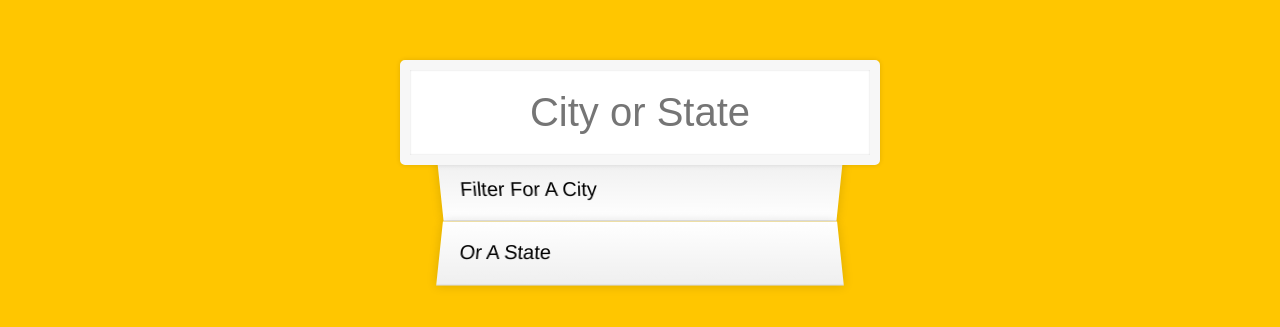
Repository: Saieebawake/Type-Ahead-City-or-State-Search
Page: index.html
The author's editor kept a copy of each file at every save. The page is drawn from the files as they stood at one save, then again after a run of saves.
The browser window is 1280 px wide. The pictures show the whole page.
The page's requests for data from a server got no answer.

Above is the page before, as saved 2026-09-27 20:46:37.

### index.html
<!DOCTYPE html>
<html lang="en">
<head>
    <meta charset="UTF-8">
    <meta name="viewport" content="width=device-width, initial-scale=1.0">
    <title>Type Ahead</title>
    <link rel="stylesheet" href="style.css">
</head>
<body>
    <form class="search-form">
        <input type="text" class="search" placeholder="City or State">
        <ul class="suggestions">
            <li>Filter for a city</li>
            <li>or a state</li>
        </ul>
    </form>
    <script src="script.js"></script>
</body>
</html>

### style.css
html {
    box-sizing: border-box;
    background: #ffc600;
    font-family: 'helvetica neue';
    font-size: 20px;
    font-weight: 200;
}

*, *:before, *:after {
    box-sizing: inherit;
}

input {
    width: 100%;
    padding: 20px;
}

.search-form {
    max-width: 400px;
    margin: 50px auto;
}

input.search {
    margin: 0;
    text-align: center;
    outline: 0;
    border: 10px solid #f7f7f7;
    width: 120%;
    left: -10%;
    position: relative;
    top: 10px;
    z-index: 2;
    border-radius: 5px;
    font-size: 40px;
    box-shadow: 0 0 5px rgba(0, 0, 0, 0.12), inset 0 0 2px rgba(0, 0, 0, 0.19);
}

.suggestions {
    margin: 0;
    padding: 0;
    position: relative;
}

.suggestions li {
    background: white;
    list-style: none;
    border-bottom: 1px solid #d8d8d8;
    box-shadow: 0 0 10px rgba(0, 0, 0, 0.14);
    margin: 0;
    padding: 20px;
    transition: background 0.2s;
    display: flex;
    justify-content: space-between;
    text-transform: capitalize;
}

.suggestions li:nth-child(even) {
    transform: perspective(100px) rotateX(3deg) translateY(2px) scale(1.001);
    background: linear-gradient(to bottom, #ffffff 0%, #efefef 100%);
}

.suggestions li:nth-child(odd) {
    transform: perspective(100px) rotateX(-3deg) translateY(3px);
    background: linear-gradient(to top, #ffffff 0%, #efefef 100%);
}

span.population {
    font-size: 15px;
}

.hl {
    background: #ffc600;
}

### script.js
const endpoint = 'https://gist.githubusercontent.com/Miserlou/c5cd8364bf9b2420bb29/raw/2bf258763cdddd704f8ffd3ea9a3e81d25e2c6f6/cities.json'

const cities = [];

fetch(endpoint)
.then(blob => blob.json())
.then(data => cities.push(...data))

function findMatches(wordToMatch, cities) {
    return cities.filter(place => {
        const regex = new RegExp(wordToMatch, 'gi');
        return place.city.match(regex) || place.state.match(regex)
    });
}

function numberWithCommas(x) {
    return x.toString().replace(/|B(?=(\d{3})+(?!\d))/g, ',');
}

function displayMatches() {
    const matchArray = findMatches(this.value, cities);
    const html = matchArray.map(place => {
        const regex = new RegExp(this.value, 'gi');
        const cityName = place.city.replace(regex,`<span class="hl">${this.value}</span>`);
        const stateName = place.state.replace(regex,`<span class="hl">${this.value}</span>`);
        return `
        <li>
        <span class="name">${cityName}, ${stateName}</span>
        <span class="population">${numberWithCommas(place.population)}</span>
        </li>`;
    }).join('');
    suggestions.innerHTML = html;
}

const searchInput = document.querySelector('.search');
const suggestions = document.querySelector('.suggestions');

searchInput.addEventListener('change', displayMatches);
searchInput.addEventListener('keyup', displayMatches);

After the next 2 saves:
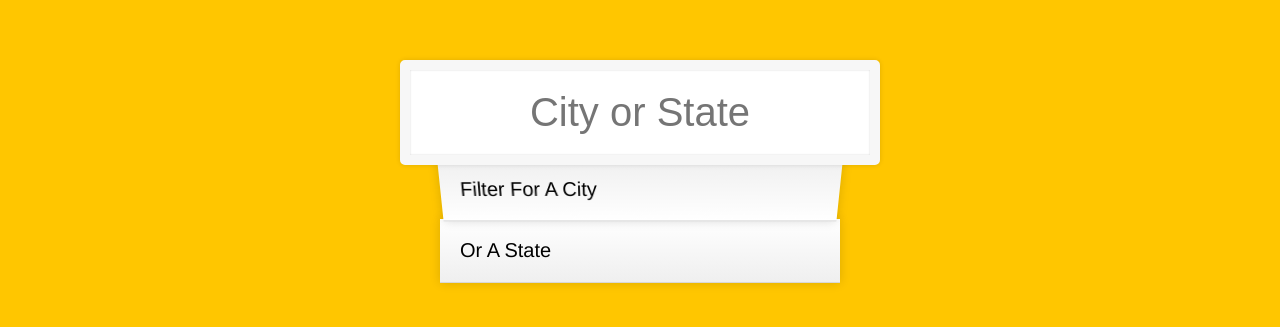
The 2 saves are shown as one change because they came seconds apart.
The last was saved 12 s later.
--- a/style.css
+++ b/style.css
@@ -55,6 +55,7 @@ input.search {
 }
 
 .suggestions li:nth-child(even) {
+    margin-top: 10px
     transform: perspective(100px) rotateX(3deg) translateY(2px) scale(1.001);
     background: linear-gradient(to bottom, #ffffff 0%, #efefef 100%);
 }
